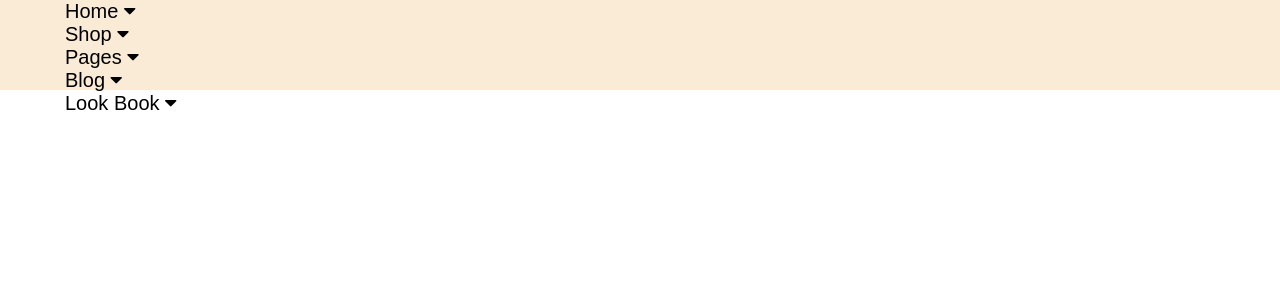
Repository: MorgunovaAlexandra/beauti
Page: index.html
These files come from the project's save history. The page is drawn as it stood at one moment and after a run of saves; the edit follows.
The browser window is 1280 px wide. The pictures show the whole page.

Above is the page before, as saved 2022-08-24 13:40:46.

After the next 3 saves:
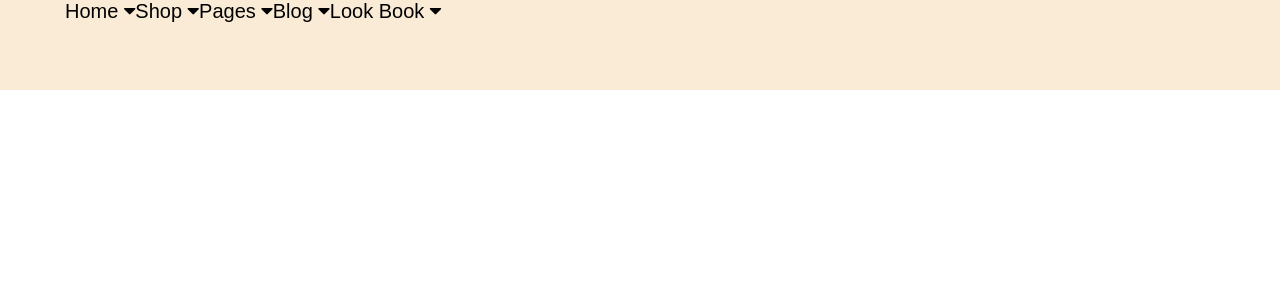
The 3 saves are shown as one change because they came seconds apart.
The last was saved 7 s later.
--- a/style.css
+++ b/style.css
@@ -59,7 +59,9 @@ a{
     color:rgb(37, 37, 37);
     margin-left: 40px;
 }
-
+.header-nav{
+    display: flex;
+}
 .faa:hover{
     animation: move .3s ease-in;
     transform: rotate(180deg) scaleX(-1);
